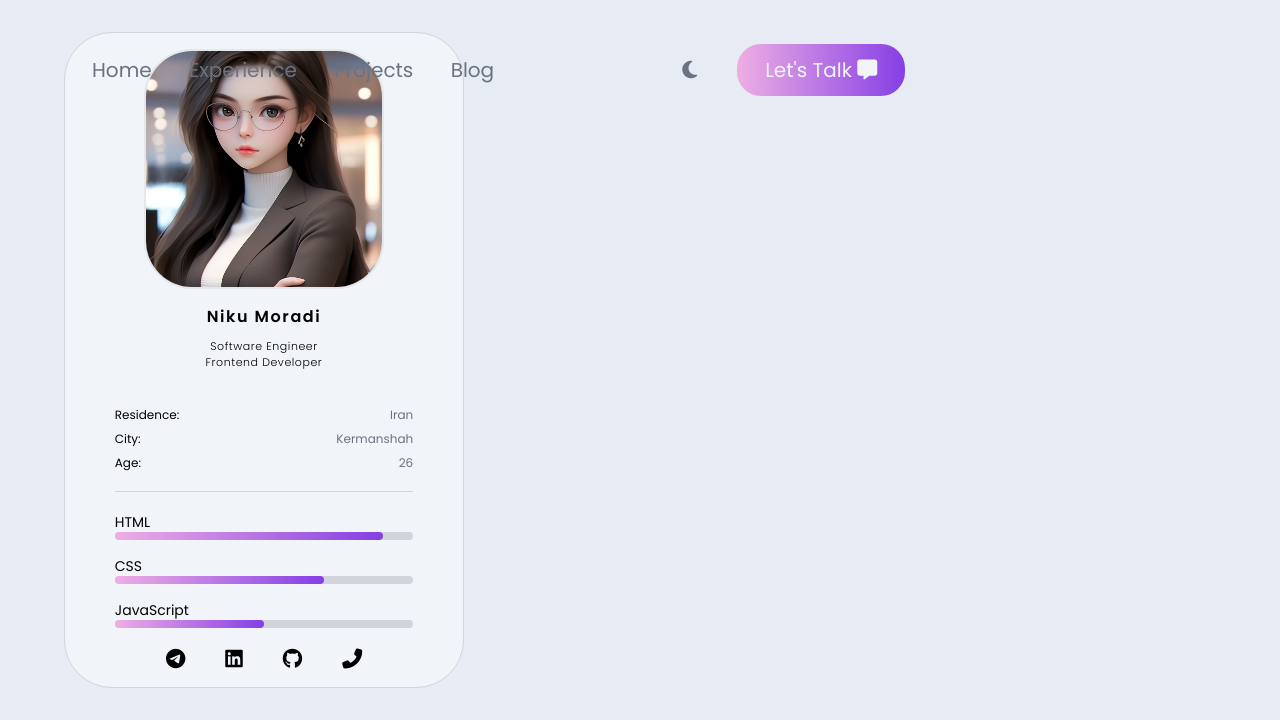
Repository: NikuMoradi/niku-moradi
Page: /
An editor plug-in stored every save of this project. The page is shown before and after the next save, followed by the edit.
The browser window is 1280 px wide. The pictures show the whole page.
The project was rebuilt for these pictures with package versions that can differ from the ones it lists, and the page was loaded fresh each time. The framework's server and built-in components were replaced by stand-ins that run in the browser. Also part of the build but not shown: nuxt.config.ts, components/Blog Posts/Component-Design.vue, components/Blog.vue, components/Contact.vue, components/Education.vue, components/Experience.vue, components/Hero.vue, components/Menu.vue and 3 more.

Above is the page before, as saved 2024-12-01 12:04:14.

### assets/css/main.css
@tailwind base;
@tailwind components;
@tailwind utilities;
@layer base {
  body {
    background-color: #e6ebf4;
  }
}

@layer utilities {
  .bg-primary-gradient {
    background: linear-gradient(
      90deg,
      rgba(238, 174, 227, 1) 0%,
      rgb(133, 63, 230) 100%
    );
  }

  .text-primary-gradient {
    background: linear-gradient(
      90deg,
      rgba(238, 174, 227, 1) 0%,
      rgb(133, 63, 230) 100%
    );
  }
}

### components/LeftPanel.vue
<template>
  <div
    class="text-black w-[400px] flex flex-col items-center bg-slate-100 border border-gray-300 rounded-4xl"
    style="height: calc(100vh - 4rem)"
  >
    <!-- Header-->
    <div class="w-full py-4 flex flex-col items-center justify-center">
      <img
        src="../assets/img/photo_2024-11-28_10-37-05.jpg"
        alt="Profile Picture"
        class="w-60 h-60 mb-5 border-2 object-cover object-center rounded-4xl"
      />
      <h2
        class="text-[16px] font-semibold tracking-widest leading-[16.8px] mb-3"
      >
        Niku Moradi
      </h2>
      <p class="text-[11px] font-light tracking-wider leading-[16.5px]">
        Software Engineer
      </p>
      <p class="text-[11px] font-light tracking-wider leading-[16.5px]">
        Frontend Developer
      </p>
    </div>

    <!-- middle -->
    <div class="w-3/4 flex flex-col overflow-y-auto scrollbar-hide">
      <!-- table -->
      <div class="py-5 text-xs border-b border-gray-300 mb-5">
        <ul class="space-y-2">
          <li class="flex justify-between">
            <h6>Residence:</h6>
            <span class="text-gray-500">Iran</span>
          </li>
          <li class="flex justify-between">
            <h6>City:</h6>
            <span class="text-gray-500">Kermanshah</span>
          </li>
          <li class="flex justify-between">
            <h6>Age:</h6>
            <span class="text-gray-500">26</span>
          </li>
        </ul>
      </div>
      <!-- Skill Bars -->
      <div class="space-y-4 pb-5 border-b border-gray-300 mb-5">
        <div>
          <label class="block text-sm">HTML</label>
          <div class="w-full bg-gray-300 h-2 rounded-full">
            <div class="bg-primary-gradient h-2 rounded-full w-[90%]"></div>
          </div>
        </div>
        <div>
          <label class="block text-sm">CSS</label>
          <div class="w-full bg-gray-300 h-2 rounded-full">
            <div class="bg-primary-gradient h-2 rounded-full w-[70%]"></div>
          </div>
        </div>
        <div>
          <label class="block text-sm">JavaScript</label>
          <div class="w-full bg-gray-300 h-2 rounded-full">
            <div class="bg-primary-gradient h-2 rounded-full w-[50%]"></div>
          </div>
        </div>
        <div>
          <label class="block text-sm">Vue.js</label>
          <div class="w-full bg-gray-300 h-2 rounded-full">
            <div class="bg-primary-gradient h-2 rounded-full w-[50%]"></div>
          </div>
        </div>
        <div>
          <label class="block text-sm">Nuxt.js</label>
          <div class="w-full bg-gray-300 h-2 rounded-full">
            <div class="bg-primary-gradient h-2 rounded-full w-[40%]"></div>
          </div>
        </div>
        <div>
          <label class="block text-sm">Quasar</label>
          <div class="w-full bg-gray-300 h-2 rounded-full">
            <div class="bg-primary-gradient h-2 rounded-full w-[70%]"></div>
          </div>
        </div>
        <div>
          <label class="block text-sm">Tailwind</label>
          <div class="w-full bg-gray-300 h-2 rounded-full">
            <div class="bg-primary-gradient h-2 rounded-full w-[60%]"></div>
          </div>
        </div>
      </div>
      <!-- General Skills -->
      <ul
        class="text-gray-500 text-[11px] font-light tracking-wider space-y-2 mb-5"
      >
        <li class="flex items-center">
          <i class="fas fa-check fa-xs text-fuchsia-600 mr-2"></i>
          English Level B2
        </li>
        <li class="flex items-center">
          <i class="fas fa-check fa-xs text-fuchsia-600 mr-2"></i>
          Git Knowledge
        </li>
        <li class="flex items-center">
          <i class="fas fa-check fa-xs text-fuchsia-600 mr-2"></i>
          Design Patterns
        </li>
      </ul>
    </div>

    <!-- Social Links -->
    <div class="w-full py-4 text-center mt-auto">
      <div class="space-x-10">
        <a
          href="https://t.me/yourusername"
          target="_blank"
          class="hover:text-blue-400"
        >
          <i class="fab fa-telegram fa-lg"></i>
        </a>
        <a
          href="https://linkedin.com/in/yourusername"
          target="_blank"
          class="hover:text-blue-600"
        >
          <i class="fab fa-linkedin fa-lg"></i>
        </a>
        <a
          href="https://github.com/yourusername"
          target="_blank"
          class="hover:text-gray-700"
        >
          <i class="fab fa-github fa-lg"></i>
        </a>
        <a href="tel:+1234567890" class="hover:text-green-400">
          <i class="fas fa-phone-alt fa-lg"></i>
        </a>
      </div>
    </div>
  </div>
</template>

### components/Navbar.vue
<template>
  <div
    class="flex items-center justify-between px-3 py-1 space-x-12 fixed top-10 right-30 w-2/3"
  >
    <!-- Menu Buttons -->
    <div>
      <!-- About -->

      <NuxtLink
        to="/about"
        class="py-3 px-4 text-xl text-gray-500"
        exact-active-class="border border-gray-400 rounded-3xl font-semibold tracking-wide text-zinc-800"
      >
        Home
      </NuxtLink>

      <!-- Experience -->
      <NuxtLink
        to="/experience"
        class="py-3 px-4 text-xl text-gray-500"
        exact-active-class="border border-gray-400 rounded-3xl font-semibold tracking-wide text-zinc-800"
      >
        Experience
      </NuxtLink>

      <!-- Projects -->
      <NuxtLink
        to="/projects"
        class="py-3 px-4 text-xl text-gray-500"
        exact-active-class="border border-gray-400 rounded-3xl font-semibold tracking-wide text-zinc-800"
      >
        Projects
      </NuxtLink>
      <!-- Blog -->
      <NuxtLink
        class="py-3 px-4 text-xl text-gray-500"
        exact-active-class="border border-gray-400 rounded-3xl font-semibold tracking-wide text-zinc-800"
      >
        Blog
      </NuxtLink>
    </div>

    <!-- Dark Mode and Talk buttons -->
    <div class="flex space-x-10">
      <button class="text-gray-500">
        <i class="fa fa-moon fa-lg"></i>
      </button>
      <button
        class="py-3 px-7 rounded-3xl text-xl text-slate-100 bg-primary-gradient"
      >
        Let's Talk
        <i class="fa fa-message"></i>
      </button>
    </div>
  </div>
</template>

### layouts/default.vue
<template>
  <div class="w-6xl min-h-screen flex items-center px-16">
    <LeftPanel />
    <Navbar />
    <!-- Fixed Width Centered Card -->
    <!-- <div
      class="w-full max-w-5xl overflow-hidden z-10"
      style="height: calc(100vh)"
    > -->
    <!-- Scrollable Content -->
    <!-- <div class="overflow-y-auto h-full scrollbar-hide"> -->
    <NuxtPage />
    <!-- </div> -->
    <!-- </div> -->
  </div>
</template>

<style scoped></style>

### app.vue
<!-- The app.vue is just holding the layout container and serving as the root.
 The default.vue layout handles the overall structure of the page.
All content from your pages will automatically be placed inside the NuxtPage slot of the layout.-->
<template>
  <NuxtLayout />
</template>

### pages/index.vue
<template></template>

<style></style>

### tailwind.config.js
/** @type {import('tailwindcss').Config} */
export default {
  content: [
    "./components/**/*.{js,vue,ts}",
    "./layouts/**/*.vue",
    "./pages/**/*.vue",
    "./plugins/**/*.{js,ts}",
    "./app.vue",
    "./error.vue",
  ],
  theme: {
    extend: {
      fontFamily: {
        sans: ["Poppins", "sans-serif"],
      },
      borderRadius: {
        "4xl": "3rem", // Custom rounded size
      },
    },
  },
  plugins: [require("tailwind-scrollbar-hide")],
};

Loaded but not shown: plugins/aos.client.js (no copy from this time; the picture is the same without it)

After the next save:
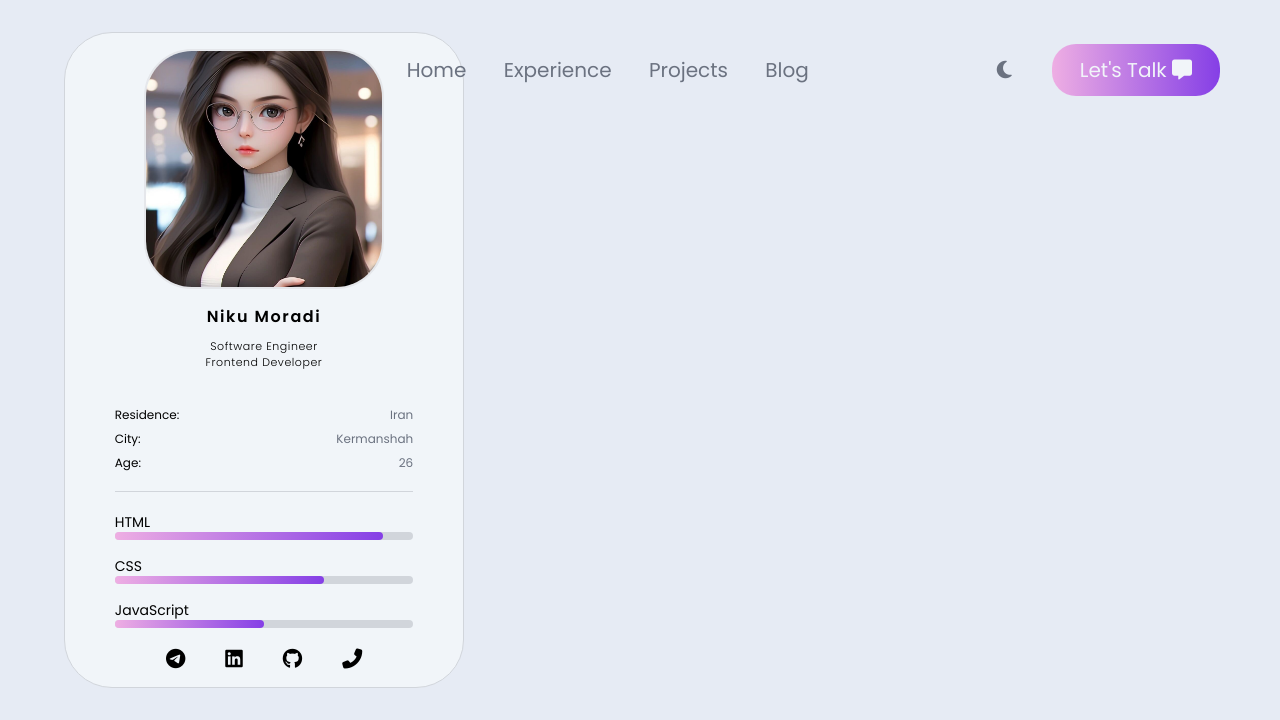
Saved 5 s later.
--- a/components/Navbar.vue
+++ b/components/Navbar.vue
@@ -1,6 +1,6 @@
 <template>
   <div
-    class="flex items-center justify-between px-3 py-1 space-x-12 fixed top-10 right-30 w-2/3"
+    class="flex items-center justify-between px-3 py-1 space-x-12 fixed top-10 right-12 w-2/3"
   >
     <!-- Menu Buttons -->
     <div>
